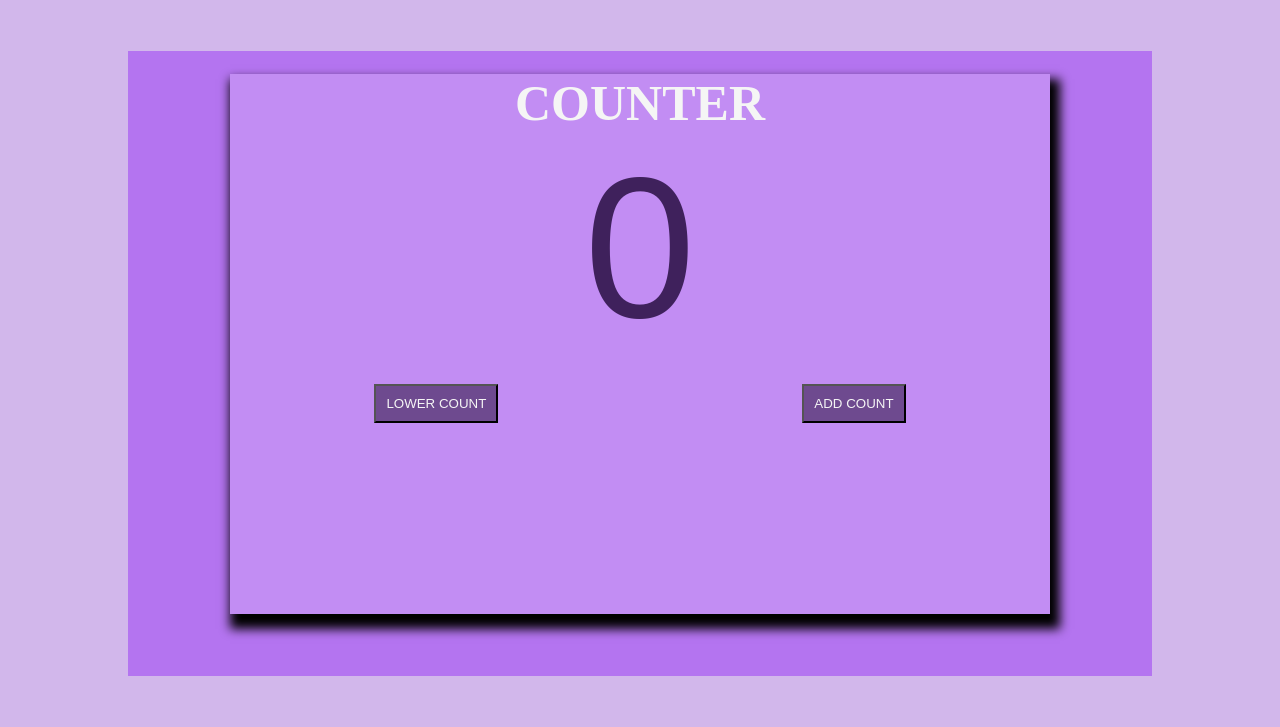
Repository: AnahitKhechumyan/Counter
Page: index.html
An editor plug-in stored every save of this project. The page is shown before and after the next save, followed by the edit.
The browser window is 1280 px wide. The pictures show the whole page.
The pointer rests on the first visible `#decrement`.

Above is the page before, as saved 2022-02-14 17:56:32.

### index.html
<!DOCTYPE html>
<html lang="en">
<head>
    <meta charset="UTF-8">
    <meta http-equiv="X-UA-Compatible" content="IE=edge">
    <meta name="viewport" content="width=device-width, initial-scale=1.0">
    <link rel="stylesheet" href="style.css">
    <script src= "./script.js"></script>
    <title>Document</title>
</head>
<body>
    <div class="container">
        <div class="main">
            <div class="header">COUNTER</div>
            <input type= "text" value = "0"/>
            <div class = "change">
                 <button id ="decrement" type="button">LOWER COUNT</button>
                 <button id ="increment" type="button">ADD COUNT</button>
            </div>
        </div>
    </div>
    <script src= "./script.js"></script>
</body>
</html>

### style.css
body{
    margin: 0;
    background-color: rgb(210, 183, 235);
}
.container{
    background-color: rgb(180, 116, 240);
    width: 80%;
    height: 85vh;
    margin: 4% 10%;
    padding-top: 1%;

}
.main{
    background-color: rgb(194, 141, 243);
    width: 80%;
    height: 75vh;
    margin: 1% 10%;
    box-shadow: 5px 10px 10px 5px;
    text-align: center;
}
.header{
    text-align: center;
    color:whitesmoke;
    font-size: 50px;
    font-weight: 700;
}

input{
    background-color:rgb(194, 141, 243) ;
    width: 20%;
    border:none;
    font-size:200px;
    color:rgb(63, 33, 92);
    text-align: center;
}
 .change{
    padding:20px;
 }
#decrement{
    padding:10px;
   margin-right: 150px;
   background-color: rgb(110, 74, 143);
   color:whitesmoke;
}
#increment{
    padding:10px;
    background-color: rgb(110, 74, 143);
    margin-left: 150px;
    color:whitesmoke;
}

Loaded but not shown: script.js (no copy from this time; the picture is the same without it)

After the next save:
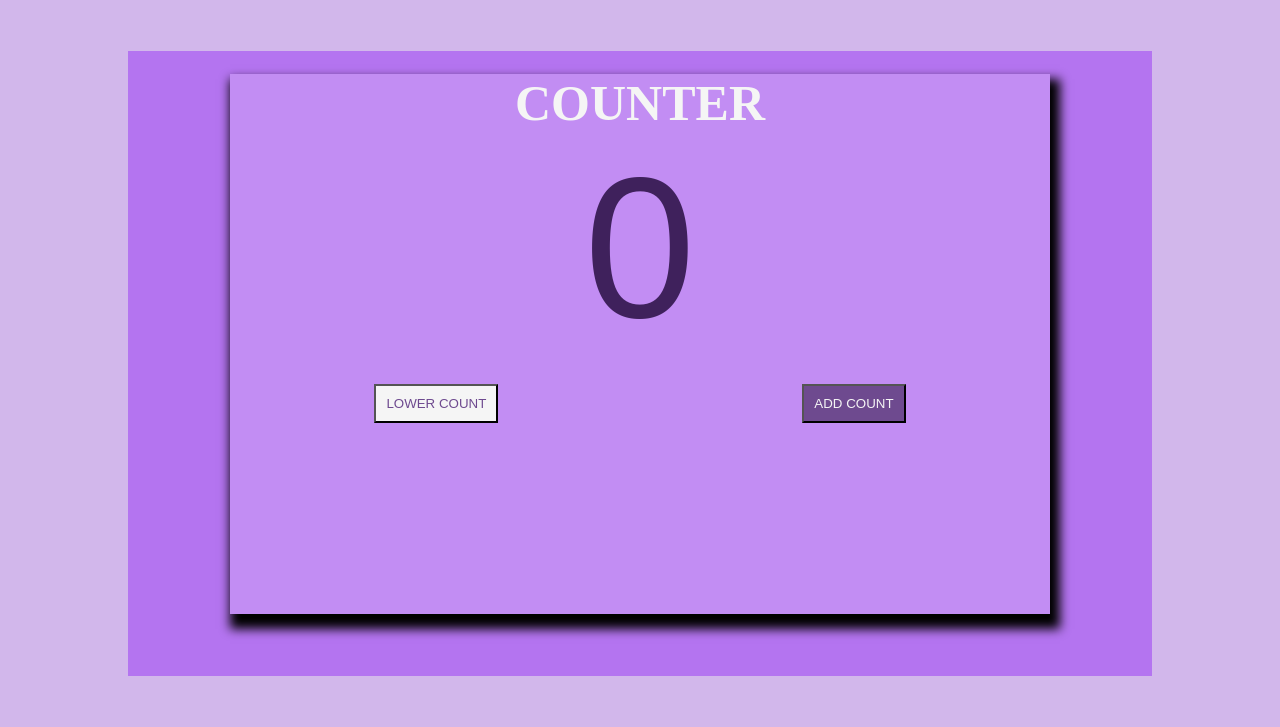
Saved 2 min 46 s later.
--- a/style.css
+++ b/style.css
@@ -42,9 +42,19 @@ input{
    background-color: rgb(110, 74, 143);
    color:whitesmoke;
 }
+#decrement:hover{
+    background-color:whitesmoke;
+    color:rgb(110, 74, 143);
+    cursor:pointer;
+}
 #increment{
     padding:10px;
     background-color: rgb(110, 74, 143);
     margin-left: 150px;
     color:whitesmoke;
 }
+#increment:hover{
+    background-color:whitesmoke;
+    color:rgb(110, 74, 143);
+    cursor:pointer;
+}
